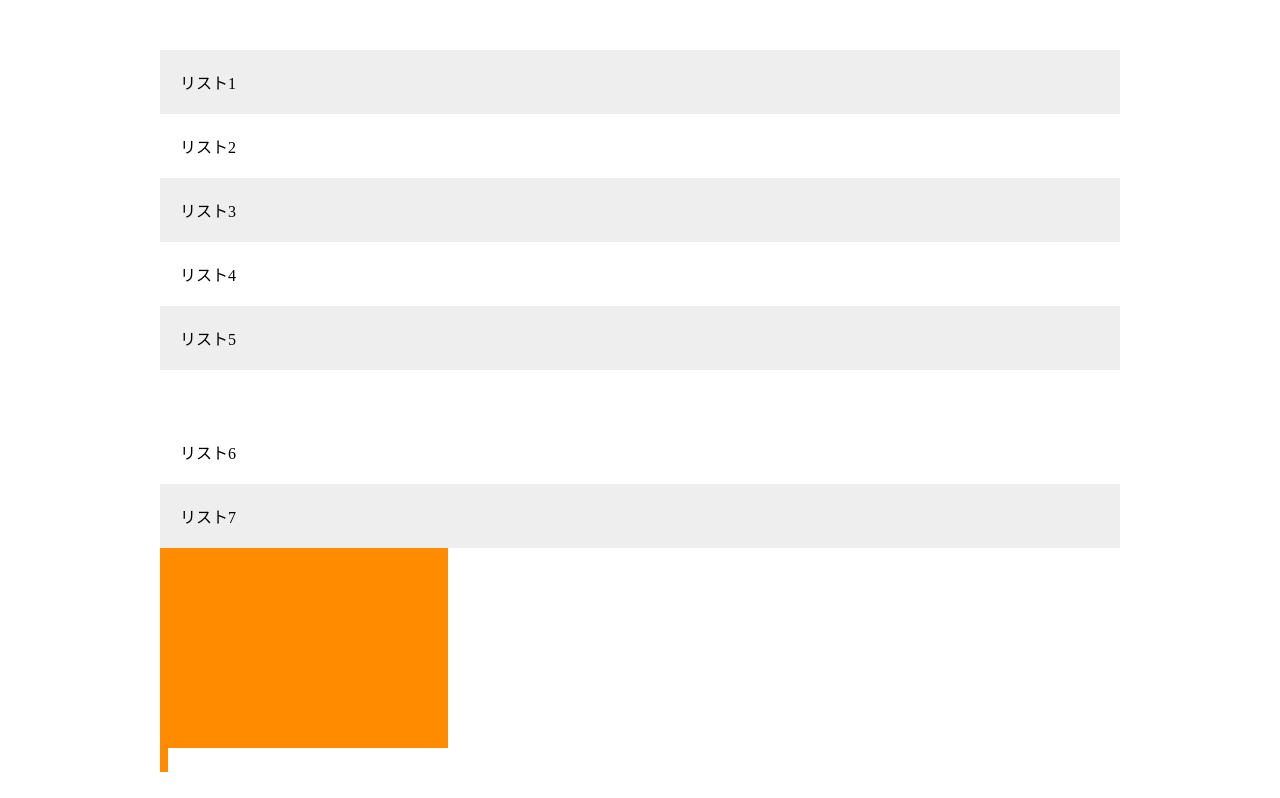
Repository: ayakodesu/html-practice
Page: chapter8_exercise/chapter8.html
The author's editor kept a record of every edit. The page is drawn from the files as they stood at one moment, then again after the next edit.
The browser window is 1280 px wide. The pictures show the whole page.

Above is the page before.

### chapter8_exercise/chapter8.html
<!DOCTYPE html>
<html lang="ja">
  <head>
    <meta charset="UTF-8" />
    <title>8章演習</title>
    <link rel="stylesheet" href="chapter8.css" />
  </head>
  <body>
    <main>
      <ul class="item-list">

        <li class="item">リスト1</li>


        <li class="item">リスト2</li>


        <li class="item">リスト3</li>


        <li class="item">リスト4</li>


        <li class="item">リスト5</li></ul>


        <li class="item">リスト6</li>


        <li class="item">リスト7</li>

      </ul>


      <div class="box-list">
        <div class="box">

      <div class="box-list">
        <div class="box">

      <div class="box-list">
        <div class="box">

    　 <div class="box-list">
        <div class="box">

       <div class="box-list">
        <div class="box">

       <div class="box-list">
        <div class="box">

       <div class="box-list">
        <div class="box">

       <div class="box-list">
        <div class="box">

       <div class="box-list">
        <div class="box">


      </div>
    </main>
  </body>
</html>

### chapter8_exercise/chapter8.css
* {
  margin: 0;
  padding: 0;
  box-sizing: border-box;
}

main {
  width: 960px;
  margin: 50px auto;
}

.item-list {
  margin-bottom: 50px;
 list-style: none;

}

.item {
  padding: 20px;
  list-style: none;
}





.item:nth-child(odd) {
    background-color: #eee;
}

.box-list {
  display: flex;
  flex-wrap: wrap;
}

.box {
  background-color: #ffd700;
  width: 30%;
  height: 200px;
  margin-right: 5%;
  margin-bottom: 40px;
}

.box:first-child,
.box:nth-child(5),
.box:last-child {
  background-color: #ff8c00;
}

.box:nth-child(3n) {
  margin-right: 0;
}

.box:nth-last-child(-n + 3) {
  margin-bottom: 0;
}

After the next edit:
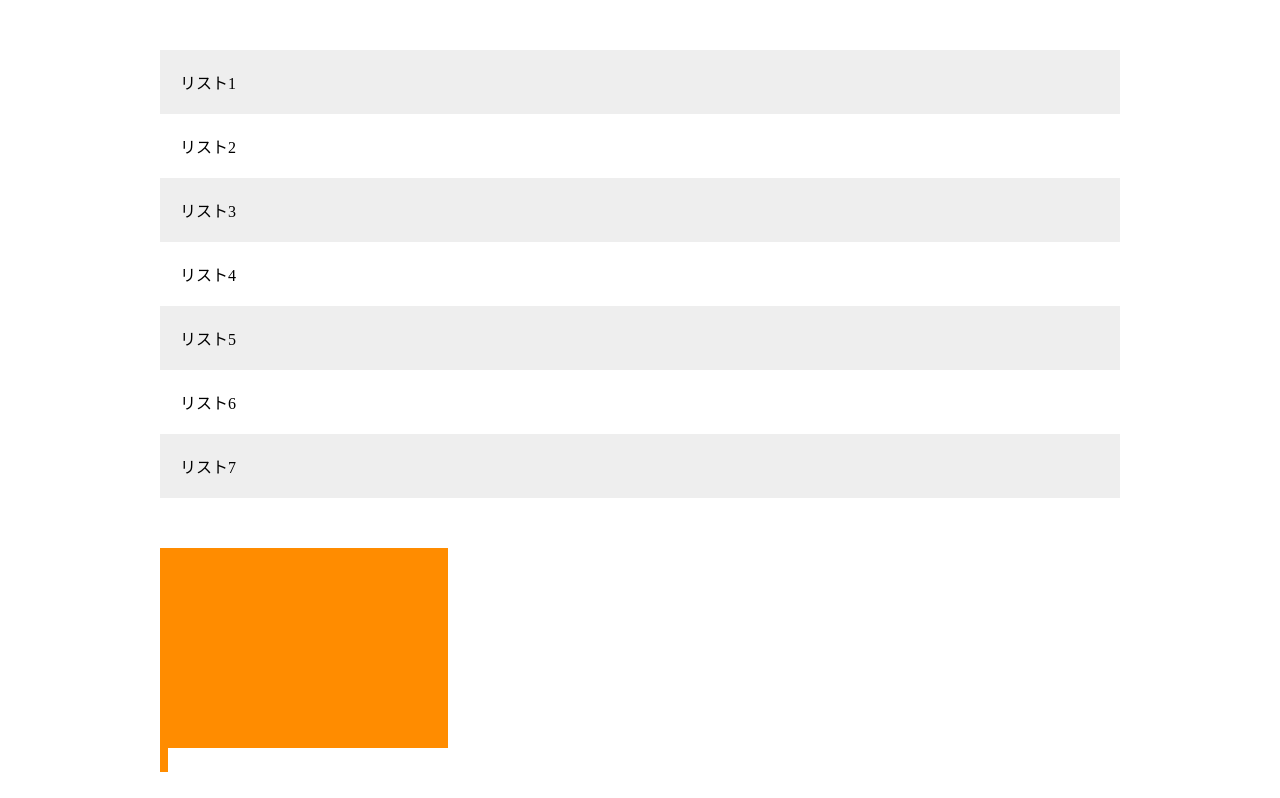
The edit:
--- a/chapter8_exercise/chapter8.html
+++ b/chapter8_exercise/chapter8.html
@@ -21,7 +21,7 @@
         <li class="item">リスト4</li>
 
 
-        <li class="item">リスト5</li></ul>
+        <li class="item">リスト5</li>
 
 
         <li class="item">リスト6</li>
